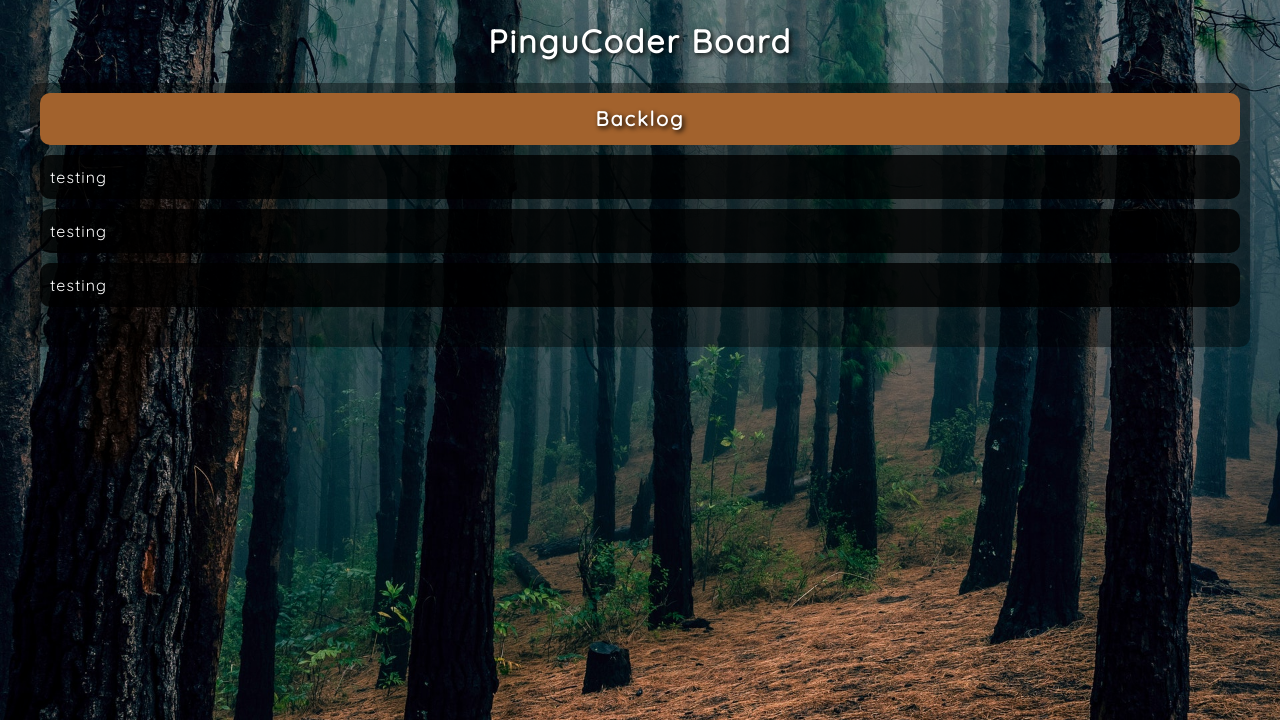
Repository: chanwarichawki/6Drag-And-Drop
Page: index.html
The author's editor kept a copy of each file at every save. The page is drawn from the files as they stood at one save, then again after a run of saves.
The browser window is 1280 px wide. The pictures show the whole page.

Above is the page before, as saved 2023-12-25 18:41:15.

After the next 4 saves:
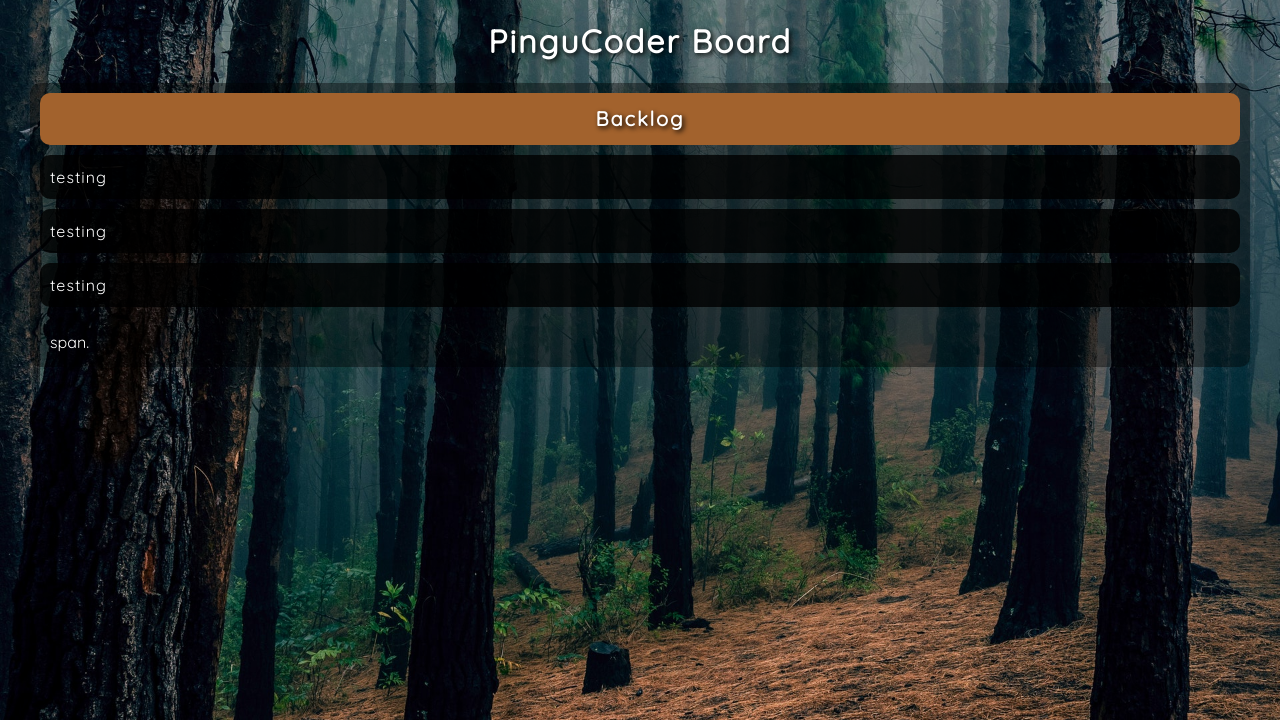
The 4 saves are shown as one change because they came seconds apart.
The last was saved 20 s later.
--- a/index.html
+++ b/index.html
@@ -27,7 +27,7 @@
         <!-- add button group -->
         <div class="add-btn-group">
           <div class="add-btn">
-
+            span.
           </div>
         </div>
 
